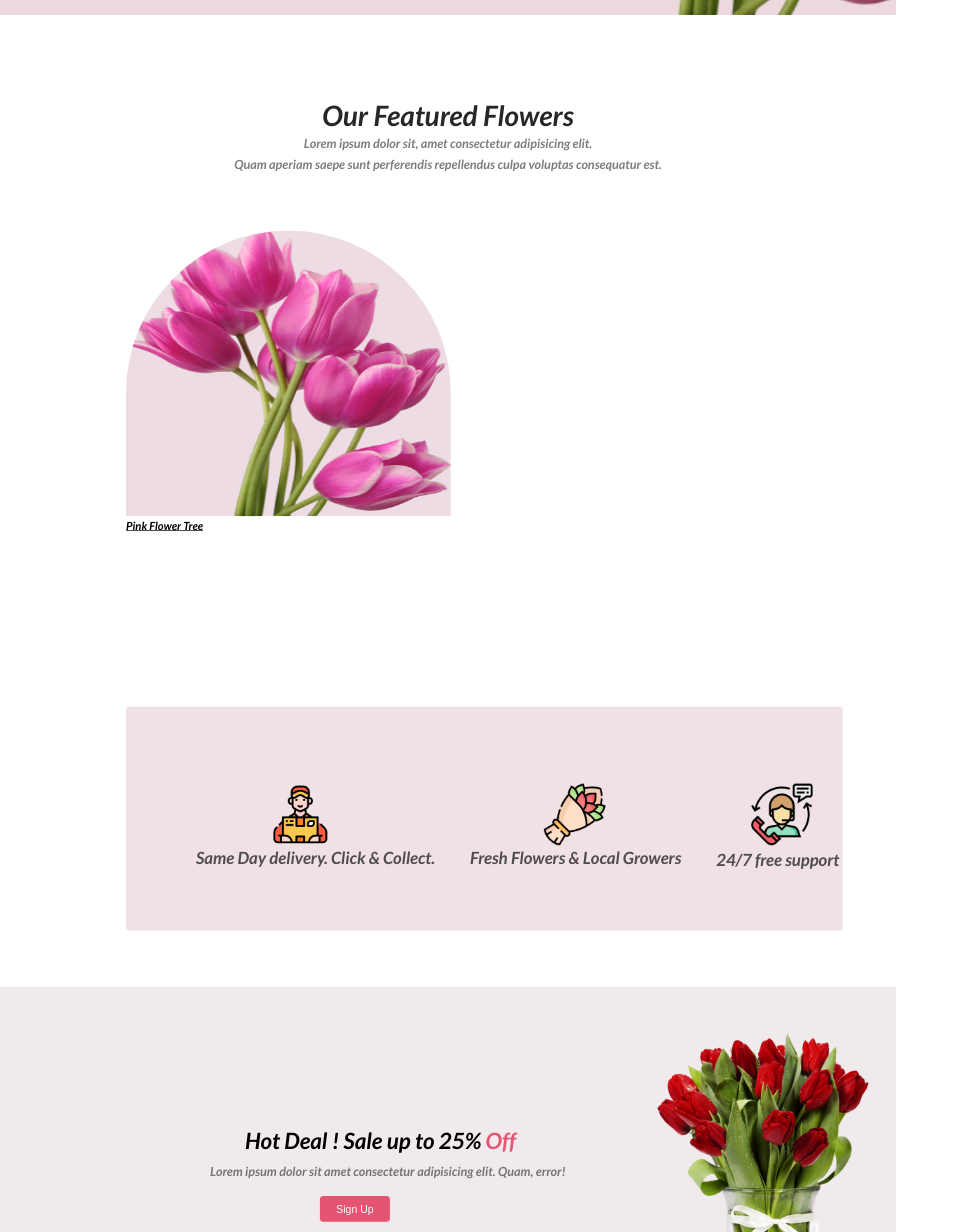
Repository: AnitaAkter/anita-flower-shop
Page: index.html
An editor plug-in stored every save of this project. The page is shown before and after the next save, followed by the edit.
The browser window is 1280 px wide. The page is 1393 px wide, so the pictures cover 1393 px, including what lies to the right of the window. The pictures show the part of the page from y = 778 to 2538 px (the page is 3766 px tall before and 3534 px after), at 70% of full size.

Above is the page before, as saved 2023-09-06 20:39:33.

After the next save:
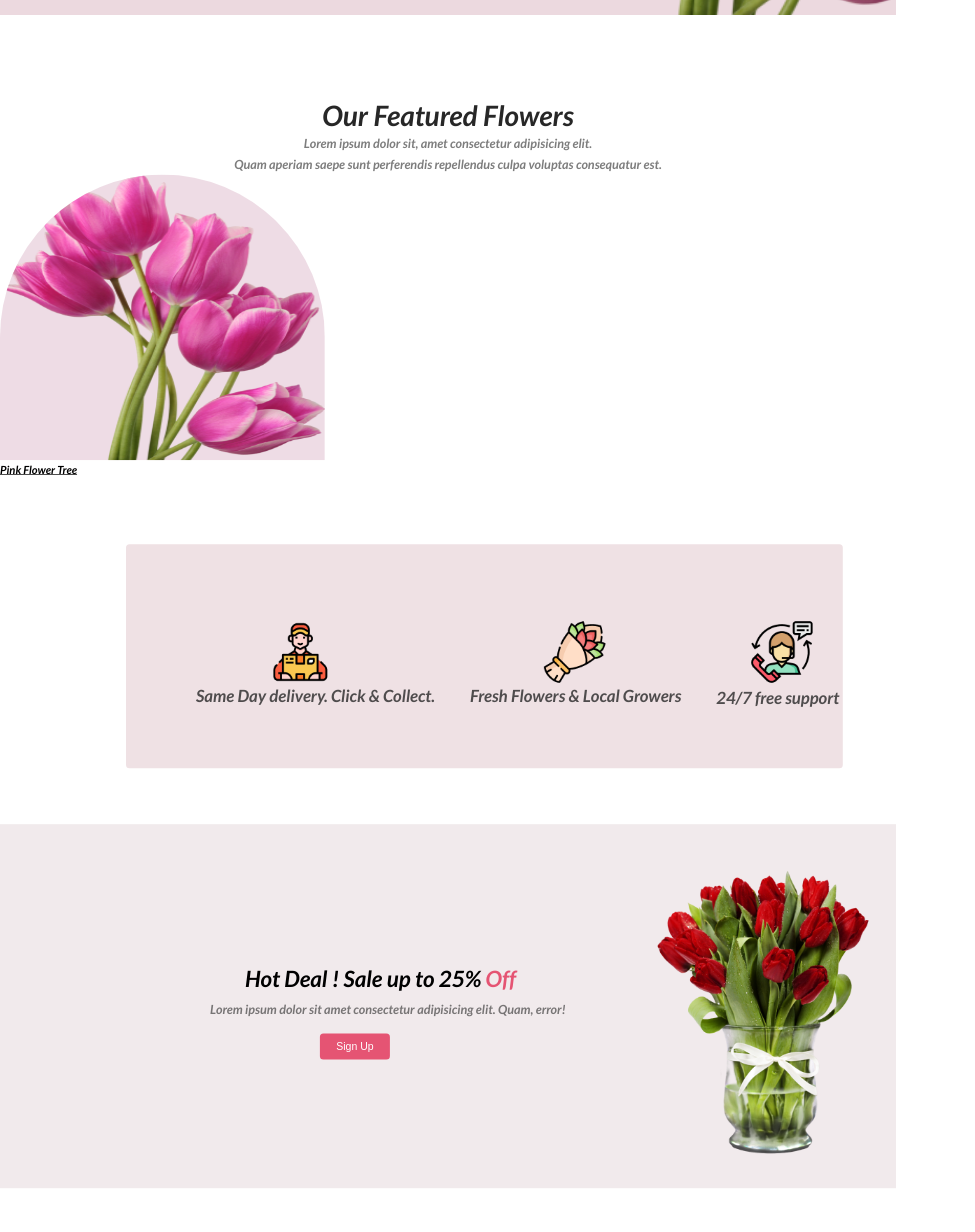
Saved 7 s later.
--- a/index.html
+++ b/index.html
@@ -38,7 +38,7 @@
                     Quam aperiam saepe sunt perferendis repellendus culpa voluptas consequatur est.
                 </p>
             </div>
-            <div class="flowers-add">
+            <div>
                 <div>
                     <div class="flowers">
                         <img src="images/pngwing 6.png" alt="">

After the save that followed:
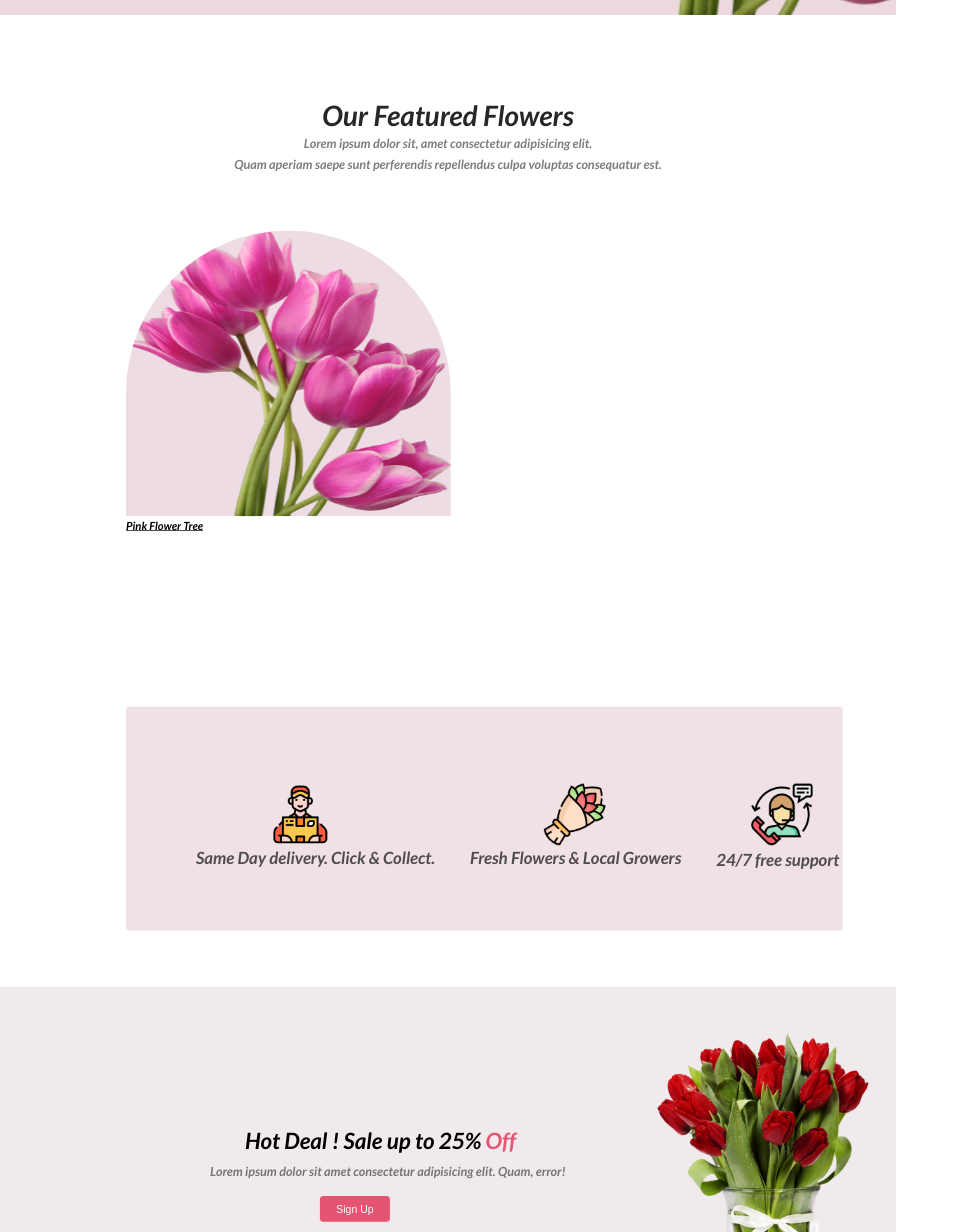
Saved 5 s later.
--- a/index.html
+++ b/index.html
@@ -38,7 +38,7 @@
                     Quam aperiam saepe sunt perferendis repellendus culpa voluptas consequatur est.
                 </p>
             </div>
-            <div>
+            <div class="flowers-add">
                 <div>
                     <div class="flowers">
                         <img src="images/pngwing 6.png" alt="">
